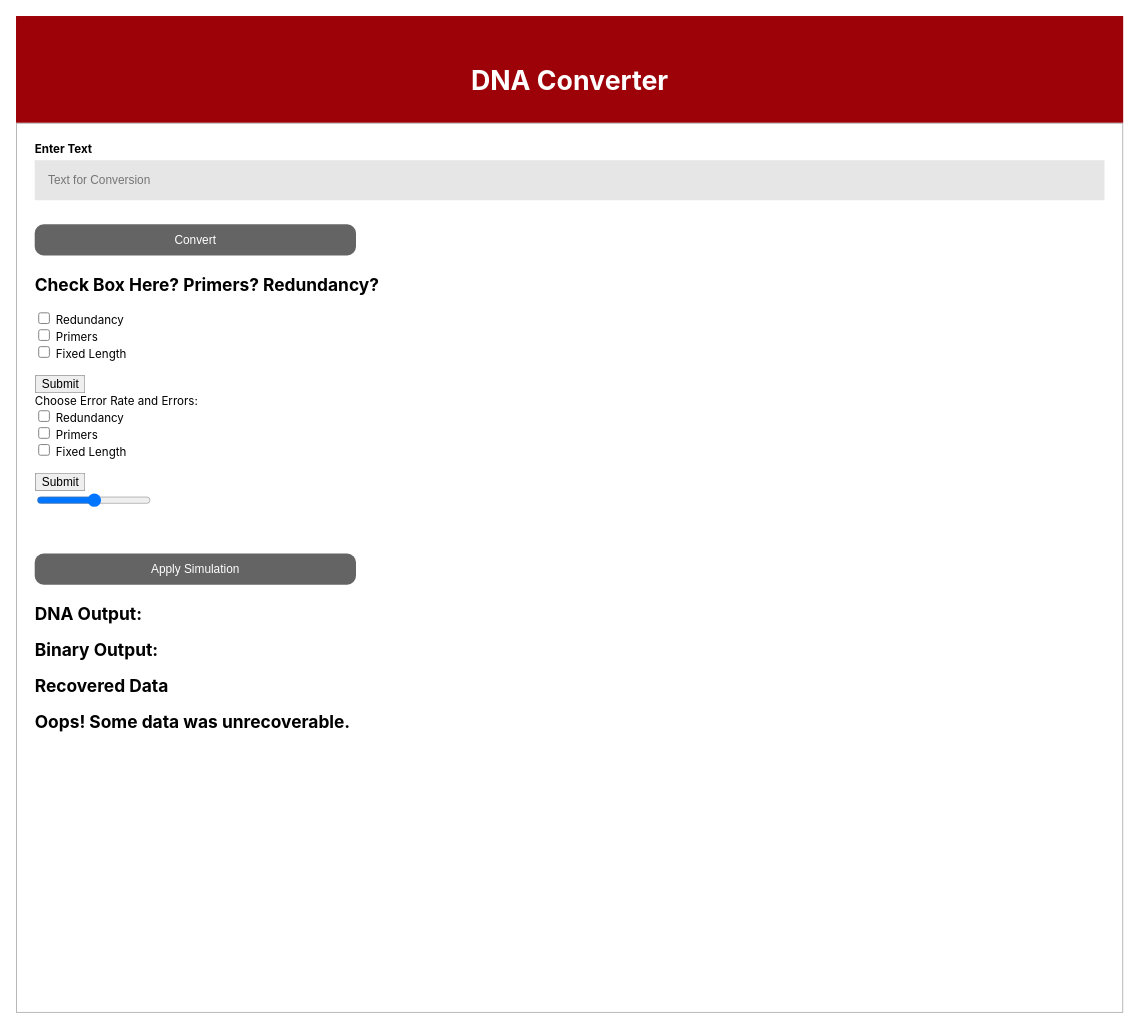
Repository: komalharjani/MSc-Thesis-DNA-Storage
Page: index.html
An editor plug-in stored every save of this project. The page is shown before and after the next save, followed by the edit.
The browser window is 1280 px wide. The pictures show the whole page, at 89% of full size.

Above is the page before, as saved 2020-08-16 22:02:02.

### index.html
<!DOCTYPE html>
<html lang="en">

<head>
    <link href="index.css" rel="stylesheet">
    <meta charset="UTF-8">
    <meta name="viewport" content="width=device-width, initial-scale=1.0">
    <title>Document</title>
</head>

<body>
    <div id="LoginPage">
        <div class="header"><br>
            <h2> DNA Converter </h2>
        </div>

        <div class="loginContainer">
            <label for="text"><b>Enter Text</b></label>
            <input type="text" placeholder="Text for Conversion" id="textToConvert" required class="input">
            <button onclick="onSubmit()" id="submit">Convert</button>
            <h2>Check Box Here? Primers? Redundancy?</h2>
            <form>
                <input type="checkbox" id="vehicle1" name="vehicle1" value="Bike">
                <label for="vehicle1"> Redundancy </label><br>
                <input type="checkbox" id="vehicle2" name="vehicle2" value="Car">
                <label for="vehicle2"> Primers </label><br>
                <input type="checkbox" id="vehicle3" name="vehicle3" value="Boat">
                <label for="vehicle3"> Fixed Length</label><br><br>
                <input type="submit" value="Submit">
            </form>

            <label>Choose Error Rate and Errors:</label><br>
            <form>
                <input type="checkbox" id="vehicle1" name="vehicle1" value="Bike">
                <label for="vehicle1"> Redundancy </label><br>
                <input type="checkbox" id="vehicle2" name="vehicle2" value="Car">
                <label for="vehicle2"> Primers </label><br>
                <input type="checkbox" id="vehicle3" name="vehicle3" value="Boat">
                <label for="vehicle3"> Fixed Length</label><br><br>
                <input type="submit" value="Submit">
            </form>


            <input type="range" name="rangeInput" min="0" max="10" onchange="updateTextInput(this.value);"><br>
            <input type="number" id="textInput" value="" class="range" max="10"><br>
            <button onclick="" id="error">Apply Simulation</button><br>
            <!--Take Error Rate from On Submit-->
            <h2>DNA Output:</h2>
            <h2>Binary Output:</h2>
            <h2>Recovered Data</h2>
            <h2>Oops! Some data was unrecoverable. </h2>
        </div>
    </div>

</body>
<script src="index.js"></script>

</html>

### index.css
body {
    background-color:white;
    resize: both;
    overflow: auto;
}

.labelText {
  width: 100%;
  padding: 15px;
  margin: 5px 0 22px 0;
  display: inline-block;
  border: none;
  background: #cacaca;
}

.search {
  width: 30%;
  padding: 15px;
  margin: 5px 0 22px 0;
  display: inline-block;
  border: none;
  background: #e6e6e6;
}

.runBtn {
  background-color: #000000;
  border: 1px solid #ffffff;
  color: rgb(255, 255, 255);
  padding: 14px 20px;
  margin-top: 5px;
  margin-bottom: 5px;
  margin-right: 2px;
  margin-left: 0;
  border: none;
  cursor: pointer;
  width: 100%;
  opacity: 0.9;
  font-size: 15px;
}

#map{
  height: 400px;
  width: 100%;
}

#profile {
  border-radius: 50%;
}

.profile {
    padding: 10px;
    text-align: center;
    height: auto;
}

/* Full-width input fields */
.input {
  width: 100%;
  padding: 15px;
  margin: 5px 0 22px 0;
  display: inline-block;
  border: none;
  background: #e6e6e6;
}

.range {
  margin: 5px 0 22px 0;
  display: inline-block;
  border: none;
  text-align: right;
}

li {
  width: 100%;
  padding: 15px;
  margin: 5px 0 22px 0;
  display: inline-block;
  border: none;
  background: #cacaca;
}

ul {
  padding: 0;
}


/* Add a background color when the inputs get focus */
input[type=text]:focus, input[type=password]:focus {
  background-color: rgb(184, 184, 184);
  outline: none;
}

/* button {
  background-color: #000000;
  color: rgb(255, 255, 255);
  padding: 14px 20px;
  margin: 8px;
  border: none;
  cursor: pointer;
  width: 30%;
  opacity: 0.9;
  border-radius: 20px;
} */

.loginContainer {
  width: 100%;
  float: center;
  padding: 20px;
  border: 0.5px solid #afafaf;
  height: 1000px;

}

/* Set a style for all buttons */
.button {
  background-color: #000000;
  color: rgb(255, 255, 255);
  padding: 10px;
  width: 100%;
  border: none;
  border-radius: 10px;
}

button {
  background-color: rgb(100, 100, 100);
  color: rgb(255, 255, 255);
  padding: 10px;
  width: 30%;
  margin-top: 5px;
  margin-bottom: 5px;
  margin-right: 2px;
  margin-left: 0;
  border: none;
  border-radius: 10px;
}

button:hover {
  opacity: 0.8;
}

/* Extra styles for the cancel button */
.cancelbtn {
  padding: 14px 20px;
  background-color: whitesmoke;
}

/* Float cancel and signup buttons and add an equal width */
.cancelbtn, .signupbtn {
  float: right;
  width: 100%;
}


/* Style the horizontal ruler */
hr {
  border: 1px solid #f1f1f1;
  margin-bottom: 25px;
}

/* Change styles for cancel button and signup button on extra small screens */
@media screen and (max-width: 300px) {
  .cancelbtn, .signupbtn {
     width: 100%;
  }
}
/* OLD BELOW!!!!! */

* {
    box-sizing: border-box;
  }

  /* Add a gray background color with some padding */
  body {
    font-family: -apple-system, BlinkMacSystemFont, 'Segoe UI', Roboto, Oxygen, Ubuntu, Cantarell, 'Open Sans', 'Helvetica Neue', sans-serif;
    padding: 10px;
    background: #ffffff;
    font-size: 13px;
  }
  table {
    font-family: arial, sans-serif;
    border-collapse: collapse;
    width: 100%;
  }

  td, th {
    border: 1px solid #dddddd;
    text-align: left;
    padding: 8px;
  }

  tr:nth-child(even) {
    background-color: #dddddd;
  }
  /* Header Title */
  .header {
    padding: 5px;
    font-size: 20px;
    text-align: center;
    background: #9d0208;
    color: white;
  }

  .login {
    width:300px;
    height:500px;
    position: fixed;
    top: 50%;
    left: 50%;
    margin-top: -125px;
    margin-left: -150px;
  }

  /* Split Screen into Columns */

  .rightcolumn {
    float: right;
    width: 50%;
    padding: 10px;
  }

  .leftcolumn {
    float: left;
    width: 20%;
    padding: 10px;
    background-color: rgb(255, 255, 255);
  }

  .left {
    float: right;
    width: 50%;
    background-color: rgb(255, 255, 255);
  }

  .right {
    float: right;
    width: 50%;
    background-color: rgb(255, 255, 255);
  }

  .centercolumn {
    float: left;
    width: 80%;
    padding: 10px;
    background-color: rgb(255, 255, 255);
  }

  .title {
    color: grey;
    font-size: 18px;
  }

  .rightcolumn {
    float: left;
    width: 30%;
    padding: 10px;
    background-color: rgb(255, 255, 255);
  }

  .box {
    background-color: rgb(255, 255, 255);
    width: 100%;
    padding: 15px;
  }


  .card {
     background-color: whitesmoke;
     padding: 15px;
  }

  .row:after {
    content: "";
    display: table;
    clear: both;
  }

  /* Footer */
  .footer {
    padding: 20px;
    text-align: center;
    background: #ddd;
    margin-top: 20px;
  }

  /* Responsive layout - when the screen is less than 800px wide, make the two columns stack on top of each other instead of next to each other */
  @media screen and (max-width: 800px) {
    .leftcolumn, .rightcolumn {
      width: 100%;
      padding: 0;
    }
  }

  tr:nth-child(even) {
    background-color: #3b37377c;
  }

  button:hover {
    opacity:1;
  }

  /* Extra styles for the cancel button */
  .cancelbtn {
    padding: 14px 20px;
    background-color: #000000;
  }

  /* Float cancel and signup buttons and add an equal width */
  .cancelbtn, .signupbtn {
    float: right;
    width: 100%;
  }

  .containerForm {
    width: 50%;
    float: left;
    padding: 10px;
    background-color: rgb(255, 255, 255);
  }

  /* Add padding to container elements */
  .container {
    width: 100%;
    float: left;
    padding: 10px;
    background-color: rgb(255, 255, 255);
  }

  #result {
    color: red;
  }

  .submitComment {
    background-color: white;
    color: black;
    border: 1px solid #888;
    width: 100%;
    float: right;
  }

  .submitComment :hover {
    background-color: rgb(138, 138, 138);
  }

  .readMore {
    background-color: rgb(216, 216, 216);;
    color: black;
    width: 40%;
    margin: 5px;
  }

  .logoutBtn {
    color: white;
    background-color: #9d0208 ;
    border: 1px solid rgb(255, 255, 255);
    margin: 10px;
  }

  .logoutBtn:hover {
    opacity: 0.7;
  }

  .register {
    color: black;
    background-color: white ;
    border: 1px solid rgb(255, 255, 255);
    margin: 10px;
    opacity: 0.8;
  }

  .register:hover {
    opacity: 1;
  }

  .runPostsStyle {
    background-color: rgb(255, 255, 255);
    padding: 20px;
    border-radius: 10px;
    margin-top: 20px;
    width: 100%;
    overflow: hidden;
    border: 1px solid rgb(0, 0, 0);
    columns: 2;
  }



  .commentPost {
    background-color: whitesmoke;
    padding: 20px;
    border-radius: 10px;
    margin-top: 20px;
    width: 100%;
    overflow: hidden;
  }

  .mapStyle {
    background-color: rgb(94, 0, 0);
    border-radius: 10px;
    width: 40%;
    height: 100px;
    border:solid black;
  }

  /* The Modal (background) */
  .modal {
    display: none; /* Hidden by default */
    position: fixed; /* Stay in place */
    left: 0;
    top: 0;
    width: 100%; /* Full width */
    height: 100%; /* Full height */
    overflow: auto; /* Enable scroll if needed */
    background-color:rgb(255, 255, 255);
    padding: 20px;
  }

  /* Modal Content/Box */
  .modal-content {
    background-color: #ffffff;
    margin: 5% auto 15% auto; /* 5% from the top, 15% from the bottom and centered */
    border: 1px solid #888;
    width: 80%; /* Could be more or less, depending on screen size */
  }

  .postTitle {
    font-size: 20px;
    font-weight: bold;
    color: #9d0208;
  }

  .dateDisplay {
    font-size: 20px;
    font-weight: bold;
  }

  .toFrom {
    font-size: 14px;
    font-weight: bold;
  }

  /* Style the horizontal ruler */
  hr {
    border: 1px solid #f1f1f1;
    margin-bottom: 25px;
  }

  /* The Close Button (x) */
  .close {
    position: absolute;
    right: 35px;
    top: 15px;
    font-size: 40px;
    font-weight: bold;
    color: #000000;
  }

  .close:hover,
  .close:focus {
    color: #ff8484;
    cursor: pointer;
  }

  /* Clear floats */
  .clearfix::after {
    content: "";
    clear: both;
    display: table;
  }

  /* Change styles for cancel button and signup button on extra small screens */
  @media screen and (max-width: 300px) {
    .cancelbtn, .signupbtn {
       width: 100%;
    }
  }

  .dropbtn {
    background-color: #E6E6E6;
    color: rgb(85, 85, 85);
    padding: 16px;
    font-size: 16px;
    border: none;
    width: 100px;
    cursor: pointer;
  }

  .dropbtn:hover, .dropbtn:focus {
    background-color: rgb(187, 187, 187);
  }

  .dropdown {
    position: relative;
    display: inline-block;
  }

  .dropdown-content {
    display: none;
    position: absolute;
    background-color: #f1f1f1;
    min-width: 160px;
    overflow: auto;
    box-shadow: 0px 8px 16px 0px rgba(0,0,0,0.2);
    z-index: 1;
  }

  .dropdown-content a {
    color: black;
    padding: 12px 16px;
    text-decoration: none;
    display: block;
  }

  .dropdown a:hover {background-color: #ddd;}

  .show {display: block;}

Loaded but not shown: index.js (368 lines, source omitted)

After the next save:
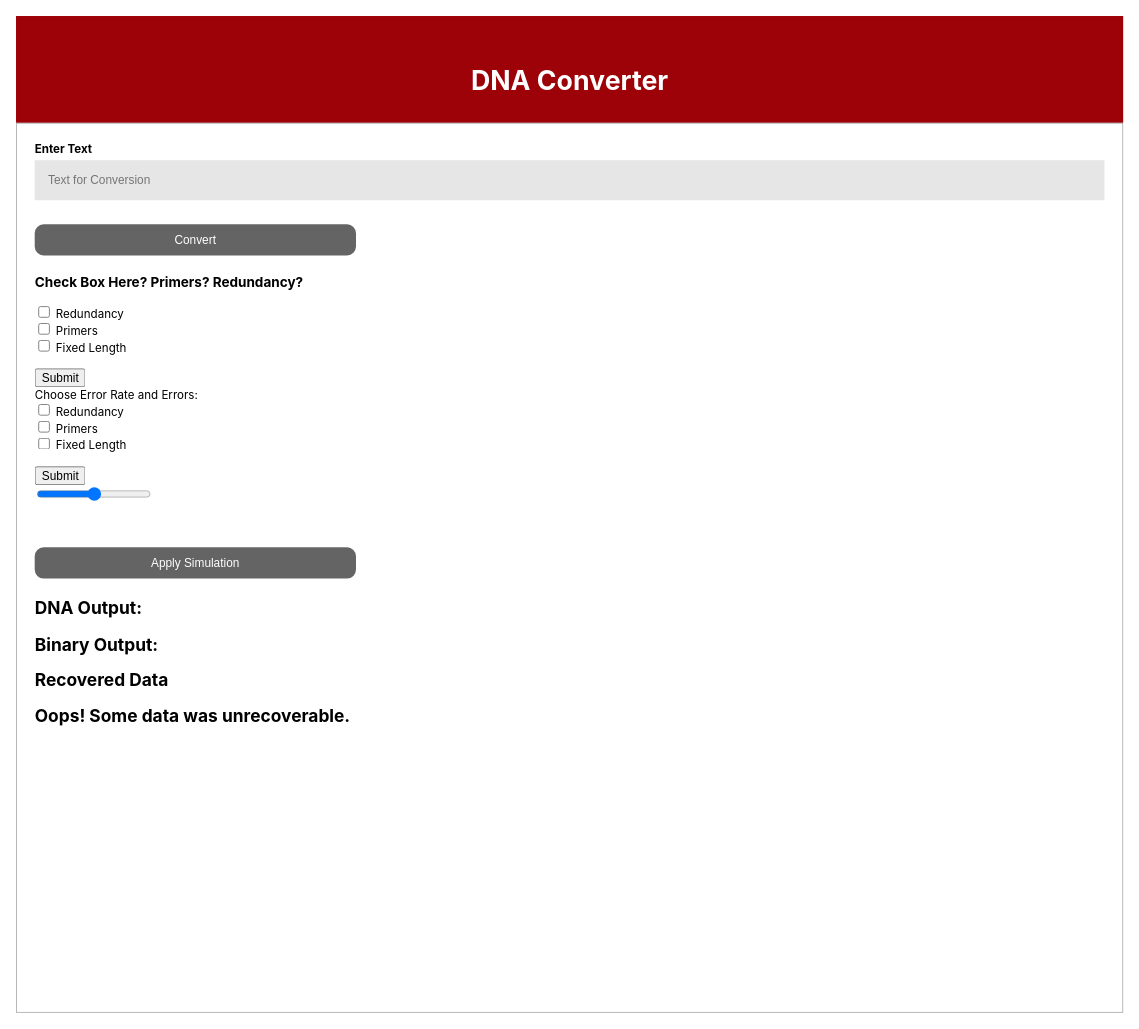
Saved 5 s later.
--- a/index.html
+++ b/index.html
@@ -18,7 +18,7 @@
             <label for="text"><b>Enter Text</b></label>
             <input type="text" placeholder="Text for Conversion" id="textToConvert" required class="input">
             <button onclick="onSubmit()" id="submit">Convert</button>
-            <h2>Check Box Here? Primers? Redundancy?</h2>
+            <h3>Check Box Here? Primers? Redundancy?</h3>
             <form>
                 <input type="checkbox" id="vehicle1" name="vehicle1" value="Bike">
                 <label for="vehicle1"> Redundancy </label><br>
